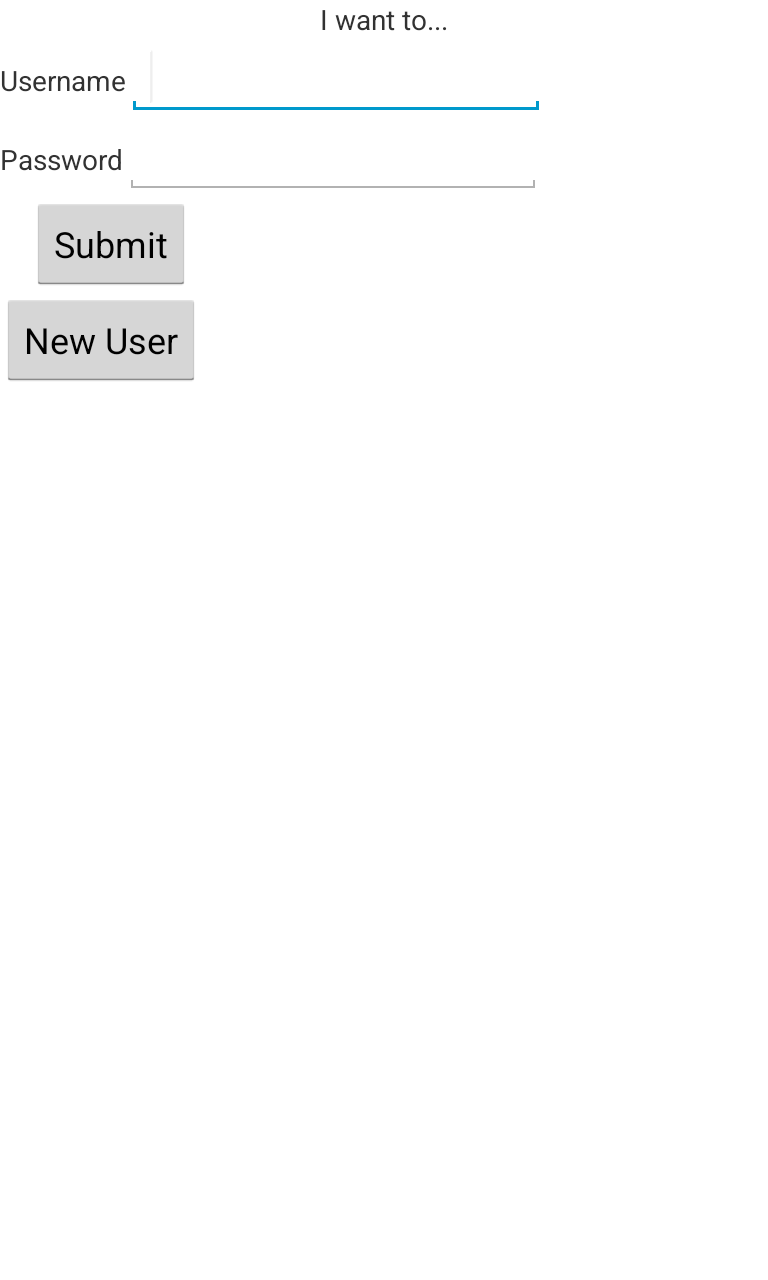
Repository: sbobra/women-startupweekend-sf
Layout: LaundryList/res/layout/activity_goal1.xml
These files come from the project's save history. The layout is drawn as it stood at one moment and after the next save; the edit follows.
It is drawn on a 768 x 1280 px phone screen (xhdpi) without system bars, with theme AppTheme; the app's code is not run.

Above is the layout before, as saved 2013-09-15 04:09:39.

### LaundryList/res/layout/activity_goal1.xml
<LinearLayout xmlns:android="http://schemas.android.com/apk/res/android"
    xmlns:tools="http://schemas.android.com/tools"
    android:layout_width="match_parent"
    android:layout_height="match_parent"
    android:layout_gravity="center"
    android:orientation="vertical" >

    <TextView
        android:id="@+id/welcomeText"
        android:layout_gravity="center"
        android:layout_width="wrap_content"
        android:layout_height="wrap_content"
        android:textSize="25dx"
        android:text="I want to..." />

    <LinearLayout
        android:id="@+id/nameLayout"
        android:layout_width="wrap_content"
        android:layout_height="wrap_content"
        android:orientation="horizontal"
        android:visibility="gone" >

        <TextView
            android:id="@+id/textView3"
            android:layout_width="wrap_content"
            android:layout_height="wrap_content"
            android:text="Name" />

        <EditText
            android:id="@+id/nameTextBox"
            android:layout_width="wrap_content"
            android:layout_height="wrap_content"
            android:ems="10" />
    </LinearLayout>

    <LinearLayout
        android:layout_width="wrap_content"
        android:layout_height="wrap_content"
        android:orientation="horizontal" >

        <TextView
            android:id="@+id/textView2"
            android:layout_width="wrap_content"
            android:layout_height="wrap_content"
            android:text="Username" />

        <EditText
            android:id="@+id/usernameTextBox"
            android:layout_width="wrap_content"
            android:layout_height="wrap_content"
            android:ems="10"
            android:inputType="textEmailAddress" >

            <requestFocus />
        </EditText>
    </LinearLayout>

    <LinearLayout
        android:layout_width="wrap_content"
        android:layout_height="wrap_content"
        android:orientation="horizontal" >

        <TextView
            android:id="@+id/textView3"
            android:layout_width="wrap_content"
            android:layout_height="wrap_content"
            android:text="Password" />

        <EditText
            android:id="@+id/passwordTextBox"
            android:layout_width="wrap_content"
            android:layout_height="wrap_content"
            android:ems="10"
            android:inputType="textPassword" />
    </LinearLayout>

    <Button
        android:id="@+id/loginButton"
        android:layout_width="wrap_content"
        android:layout_height="wrap_content"
        android:layout_marginLeft="15dp"
        android:text="Submit" />

    <Button
        android:id="@+id/newAcctButton"
        android:layout_width="wrap_content"
        android:layout_height="wrap_content"
        android:text="New User" />

</LinearLayout>

Loaded but not shown: LaundryList/res/values/styles.xml (common file); LaundryList/res/values-v11/styles.xml (common file); LaundryList/res/values-v14/styles.xml (common file)

After the next save:
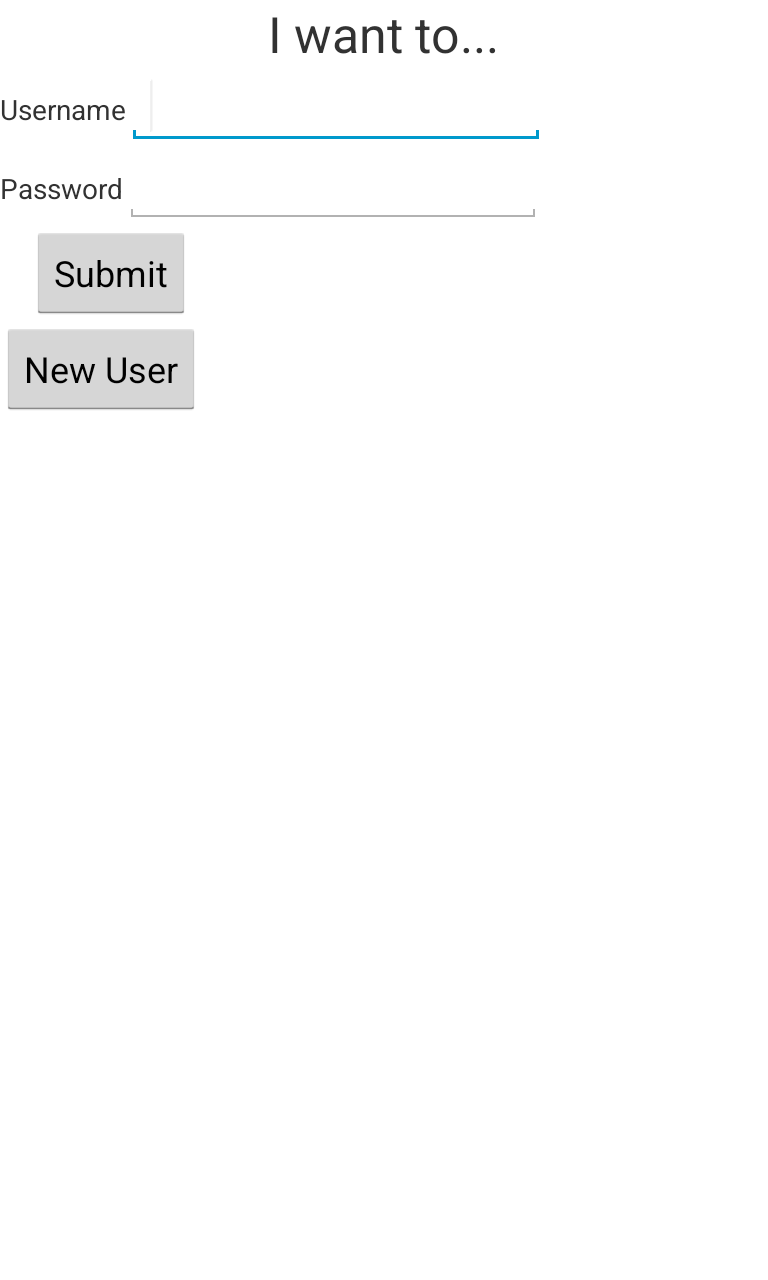
Saved 35 s later.
--- a/LaundryList/res/layout/activity_goal1.xml
+++ b/LaundryList/res/layout/activity_goal1.xml
@@ -10,7 +10,7 @@
         android:layout_gravity="center"
         android:layout_width="wrap_content"
         android:layout_height="wrap_content"
-        android:textSize="25dx"
+        android:textSize="25sp"
         android:text="I want to..." />
 
     <LinearLayout
